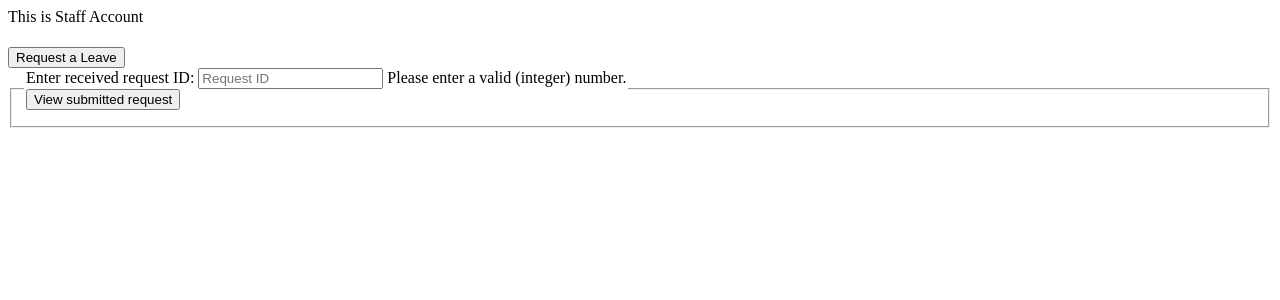
Repository: sakuuLay/StaffManagementSys
Page: http://localhost/test/SMaccount.jsp
An editor plug-in stored every save of this project. The page is shown before and after the next save, followed by the edit.
The browser window is 1280 px wide. The pictures show the whole page.
The page is served by Tomcat 9. Nobody is signed in. The application's start-up code is not run. Other server files are loaded and not shown. The template is opened directly, without the code that normally fills it, so the values that code supplies are empty.

Above is the page before, as saved 2024-10-20 14:56:02.

### test/src/main/webapp/SMaccount.jsp
<%@ page language="java" contentType="text/html; charset=UTF-8"
    pageEncoding="UTF-8"%>
    <%@taglib prefix="c" uri="http://java.sun.com/jsp/jstl/core"%>
<!DOCTYPE html>
<html>
<head>
<meta charset="UTF-8">
<title>StaffMemberAccount</title>
</head>
<body>
	This is Staff Account

	<div><h1>${msg}</h1></div>

	<c:forEach var="member" items="${AccDetails}">

	<c:set var="id" value="${member.EID}"/>
	<c:set var="name" value="${member.eName}"/>
	<c:set var="email" value="${member.email}"/>


	<table>
	<tr>
		<td>Customer ID</td>
		<td>${member.EID}</td>
	</tr>
	<tr>
		<td>Customer Name</td>
		<td>${member.eName}</td>
	</tr>
	<tr>
		<td>Customer Email</td>
		<td>${member.email}</td>
	</tr>

	</table>

	</c:forEach>

	<a href = "LeaveRequest.jsp">
	<button name = "formRedirector">Request a Leave</button>
	</a>

	<form action = "LeaveCtrlServlet" method = "post">
	<fieldset>
	<legend>
			<label for="Reqid">Enter received request ID:</label>
            <input type="text" id="Reqid" name="did" placeholder="Request ID" pattern="(100|[1-9]?[0-9])$" required>
            <span id="errorInt" class="error">Please enter a valid (integer) number.</span><br>

            <button type="submit">View submitted request</button>

	</legend>
	</fieldset>
	</form>

</body>
</html>

After the next save:
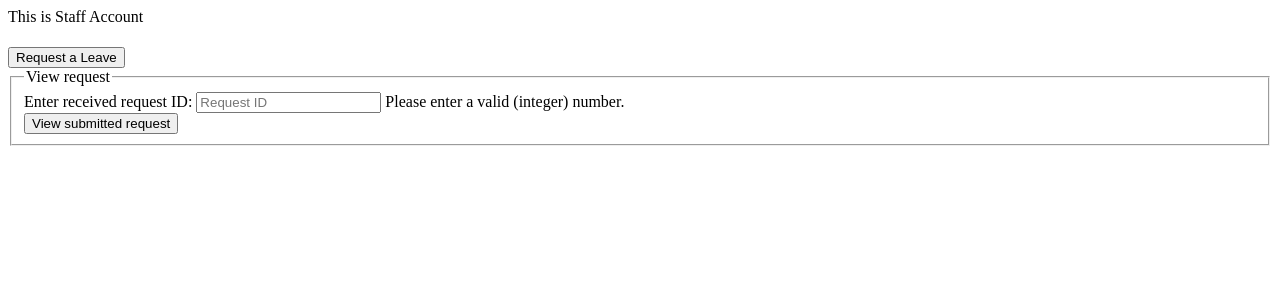
Console error: TypeError: Cannot read properties of null (reading 'addEventListener')
Saved 4 min 13 s later.
--- a/test/src/main/webapp/SMaccount.jsp
+++ b/test/src/main/webapp/SMaccount.jsp
@@ -43,16 +43,28 @@
 
 	<form action = "LeaveCtrlServlet" method = "post">
 	<fieldset>
-	<legend>
+	<legend>View request</legend>
 			<label for="Reqid">Enter received request ID:</label>
             <input type="text" id="Reqid" name="did" placeholder="Request ID" pattern="(100|[1-9]?[0-9])$" required>
             <span id="errorInt" class="error">Please enter a valid (integer) number.</span><br>
 
             <button type="submit">View submitted request</button>
+		</fieldset>
+	</form>
 
-	</legend>
-	</fieldset>
-	</form>
+	<script>
+		 document.getElementById('empintID').addEventListener('input', function (event) {
+         var input = event.target;
+         var errorMessage = document.getElementById('errorInt');
+         if (input.validity.patternMismatch) {
+             errorMessage.style.display = 'block';
+         } else {
+             errorMessage.style.display = 'none';
+         }
+     });
+	</script>
+
+
 
 </body>
 </html>
